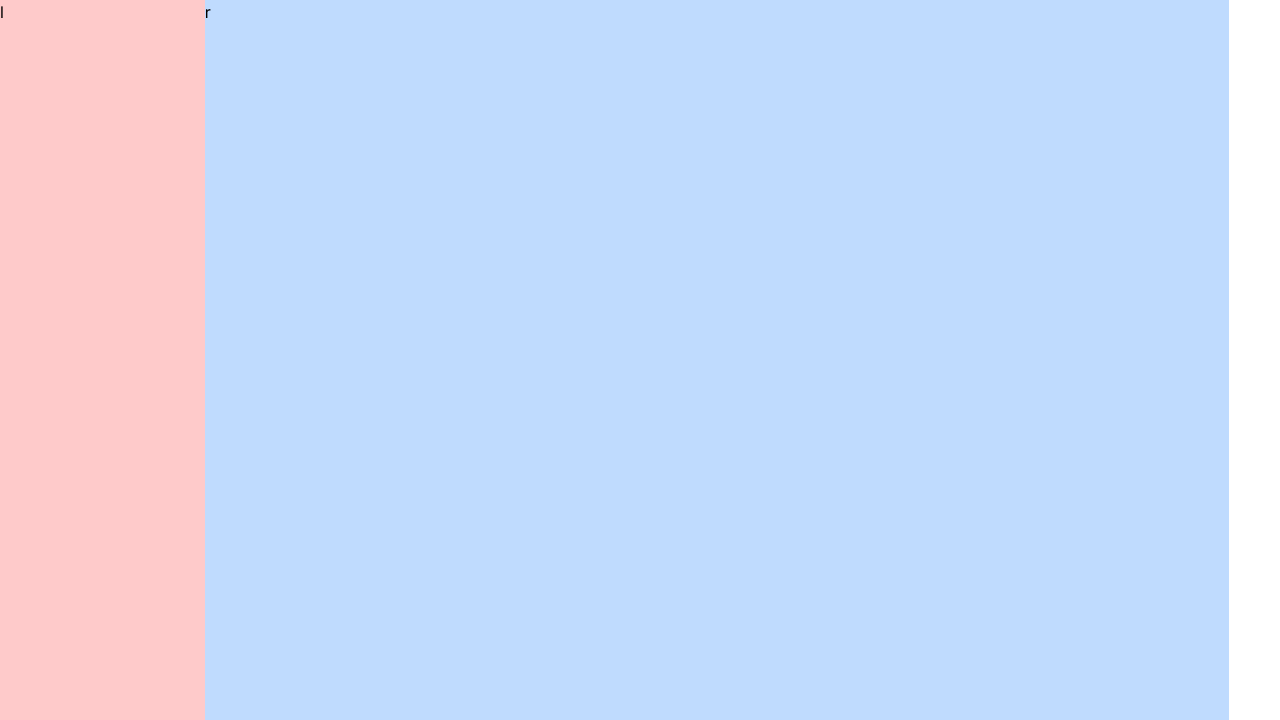
Repository: MikeeBuilds/equidex
Page: /admin
The author's editor kept a copy of each file at every save. The page is drawn from the files as they stood at one save, then again after the next save.
The browser window is 1280 px wide. The pictures show the whole page.
The project was rebuilt for these pictures with package versions that can differ from the ones it lists, and the page was loaded fresh each time. The framework's server and built-in components were replaced by stand-ins that run in the browser. Also part of the build but not shown: next.config.mjs.

Above is the page before, as saved 2024-09-24 16:24:35.

After the next save:
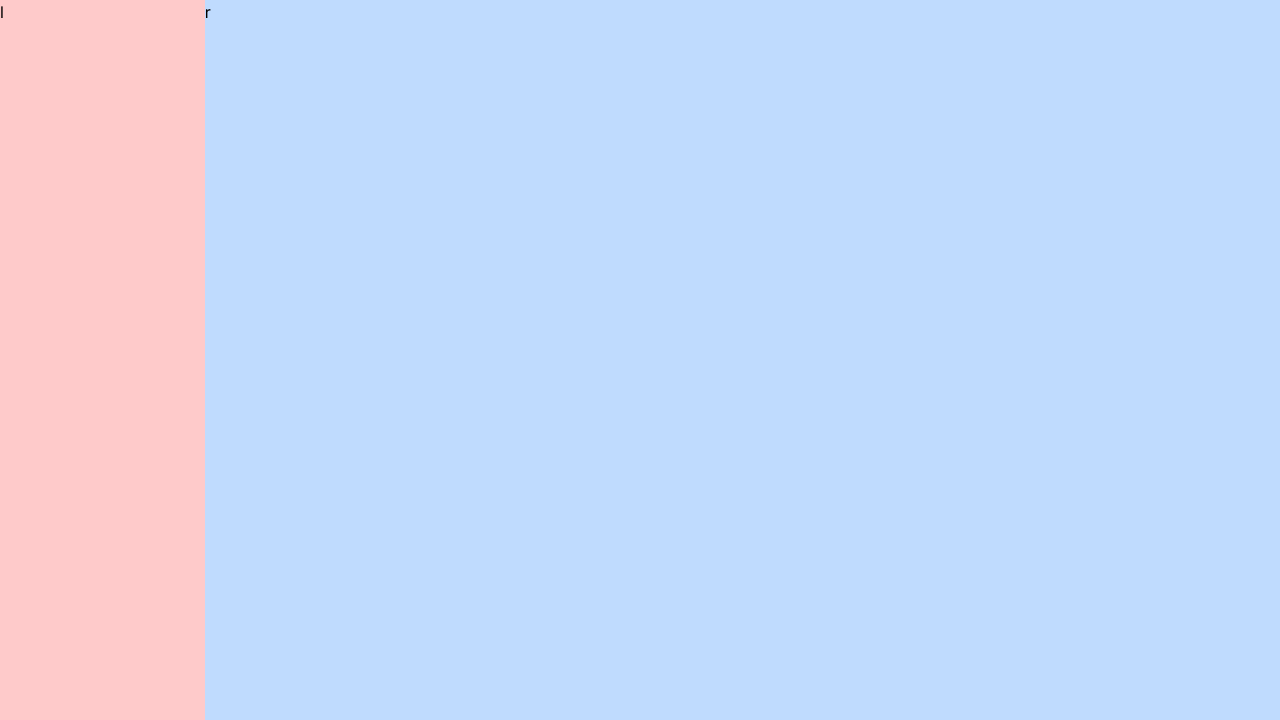
Saved 4 s later.
--- a/src/app/(dashboard)/layout.tsx
+++ b/src/app/(dashboard)/layout.tsx
@@ -10,7 +10,7 @@
         {/* LEFT SIDE */}
         <div className="w-1/6 md:w[8%] lg:w-[16%] bg-red-200">l</div>
         {/* RIGHT SIDE */}
-        <div className="w-5/6 md:w[92%] lg:w-[80%] bg-blue-200">r</div>
+        <div className="w-5/6 md:w[92%] lg:w-[84%] bg-blue-200">r</div>
       </div>
     </html>
   );
